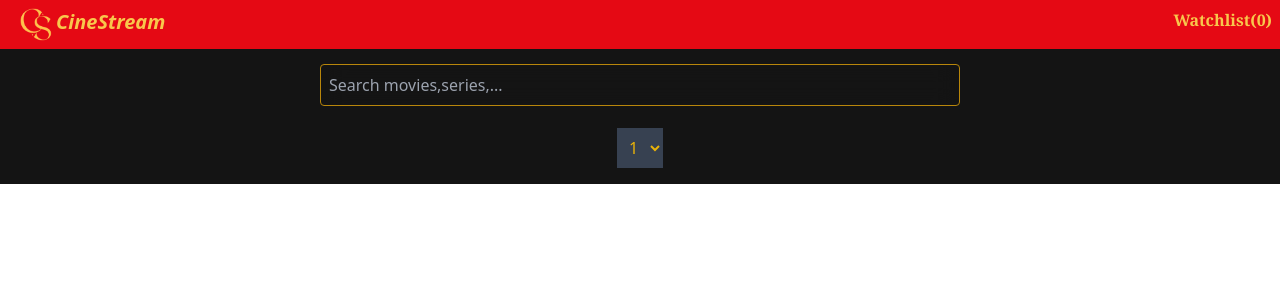
Repository: Reshmashameem31/Cine-Stream
Page: /watchlist (app in movie-project/)
These files come from the project's save history. The page is drawn as it stood at one moment and after a run of saves; the edit follows.
The browser window is 1280 px wide. The pictures show the whole page.
The project was rebuilt for these pictures with package versions that can differ from the ones it lists, and the page was loaded fresh each time. Also part of the build but not shown: movie-project/vite.config.js, movie-project/src/Components/Moviecard.jsx, movie-project/src/pages/Home.jsx.

Above is the page before, as saved 2025-08-16 13:18:02.

### movie-project/src/App.jsx
import {BrowserRouter,Routes,Route} from 'react-router-dom'

import { useState } from 'react'
import Navbar from './pages/Navbar'
import Watchlist from './pages/WatchList'
import Home from './pages/Home'
function App() {
  const [count, setCount] = useState(0)

  return (

    <BrowserRouter>

    <Navbar/>
    <Routes>
      <Route path='/' element={<Home/>}></Route>
        <Route path='/watchlist' element={<Watchlist/>}></Route>
    </Routes>
    </BrowserRouter>
  )
}

export default App

### movie-project/src/pages/Navbar.jsx
import React from 'react'
import { Link } from 'react-router-dom'

const Navbar = () => {
  return (
    <nav className='p-2 bg-[#E50914]  text-[rgb(248,199,76)] flex justify-between fixed w-full top-0 z-10'>
      <Link to="/" className='font-bold text-xl hover:text-[#B88608] flex gap-1 italic'><img src='icon.png'className='w-8 ml-3' />CineStream</Link>
      <Link to="/watchlist" className='text-l font-semibold font-serif hover:text-[#B88608]'>Watchlist(0)</Link>
    </nav>
  )
}

export default Navbar

### movie-project/src/pages/WatchList.jsx
import React from 'react'
import GenreFilter from '../Components/GenreFilter'

const Watchlist = () => {
  return (
    <div className='p-4 pt-16 bg-[#141414] '>
        <input type='text' placeholder='Search movies,series,...'
         className='p-2 w-3/4 md:w-1/2 border rounded border-[#B8860B]
          bg-[#141414] bg-opacity-60 backdrop-blur-md text-white fixed  left-1/4 z-10 top-16' />

          <div className='mt-16 text-yellow-500 flex justify-center'>
            <GenreFilter/>
          </div>


          </div>
  )
}

export default Watchlist

### movie-project/src/Components/GenreFilter.jsx
import React from 'react'

const GenreFilter = () => {
  return (
    <select className='p-2 bg-gray-700'>
        <option value=''>1</option>
        <option value=''>2</option>
        <option value=''>3</option>
        <option value=''>4</option>

    </select>
  )
}

export default GenreFilter

Loaded but not shown: movie-project/index.html (common file); movie-project/src/main.jsx (common file); movie-project/src/index.css (common file); movie-project/tailwind.config.js (common file)

After the next 2 saves:
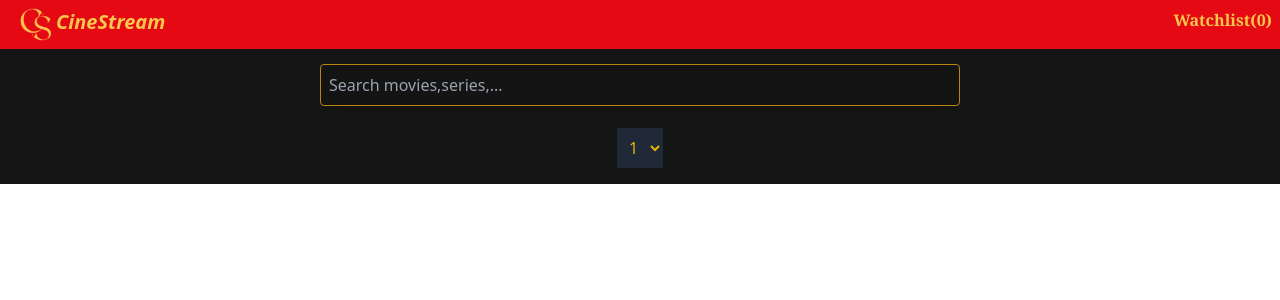
The 2 saves are shown as one change because they came seconds apart.
The last was saved 12 s later.
--- a/movie-project/src/Components/GenreFilter.jsx
+++ b/movie-project/src/Components/GenreFilter.jsx
@@ -2,7 +2,7 @@ import React from 'react'
 
 const GenreFilter = () => {
   return (
-    <select className='p-2 bg-gray-700'>
+    <select className='p-2 bg-gray-800'>
         <option value=''>1</option>
         <option value=''>2</option>
         <option value=''>3</option>
